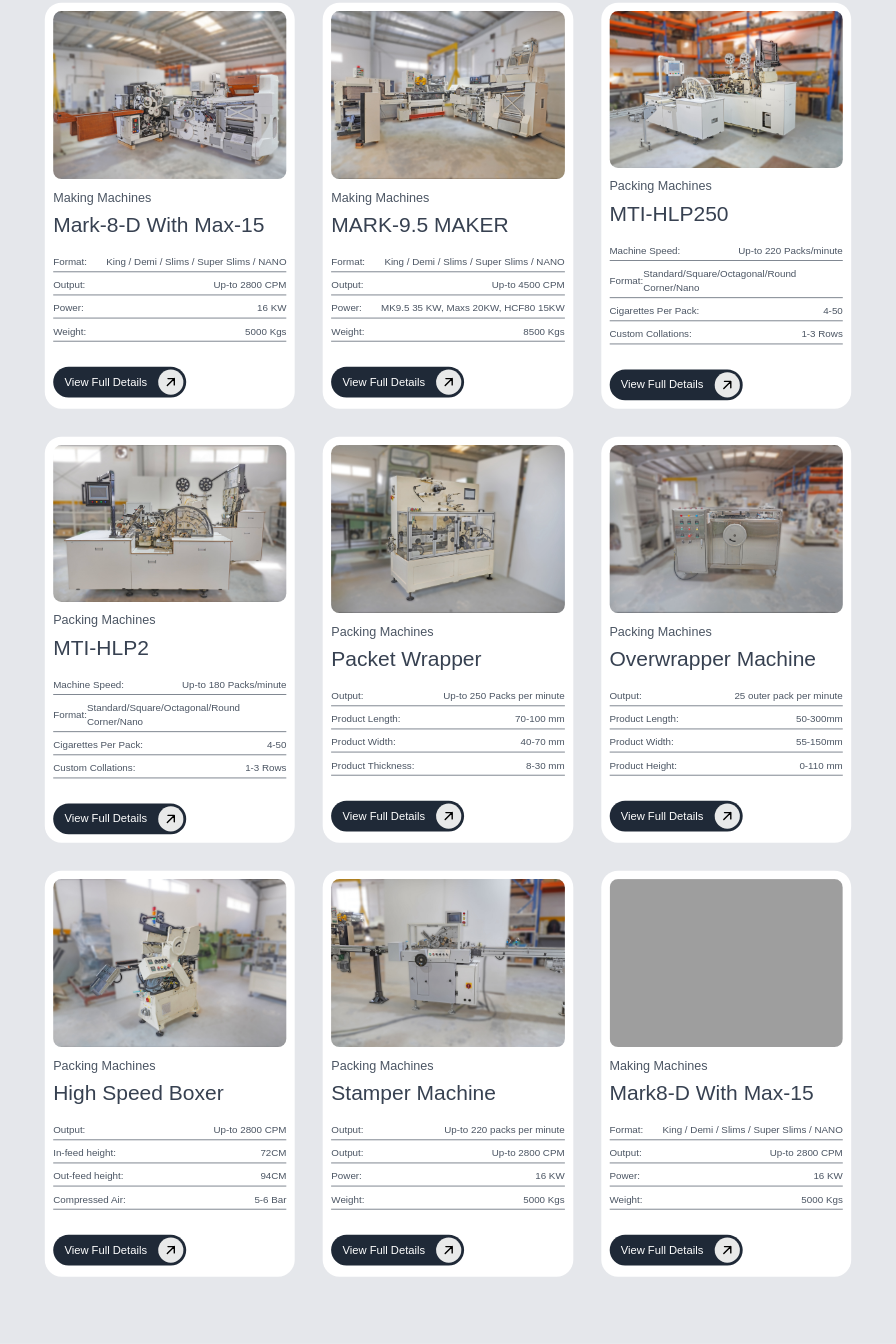
Repository: vespersolutionspk18/microtexwebsite
Page: /
These files come from the project's save history. The page is drawn as it stood at one moment and after the next save; the edit follows.
The browser window is 1280 px wide. The pictures show the part of the page from y = 2327 to 4247 px (the page is 4247 px tall), at 70% of full size.
Pictures or frames that could not be fetched are drawn as grey boxes. Some web fonts or font styles are not loaded; a fallback is used. The project was rebuilt for these pictures with package versions that can differ from the ones it lists, and the page was loaded fresh each time. The framework's server and built-in components were replaced by stand-ins that run in the browser. Also part of the build but not shown: next.config.mjs.

Above is the page before, as saved 2024-11-18 23:43:55.

After the next save:
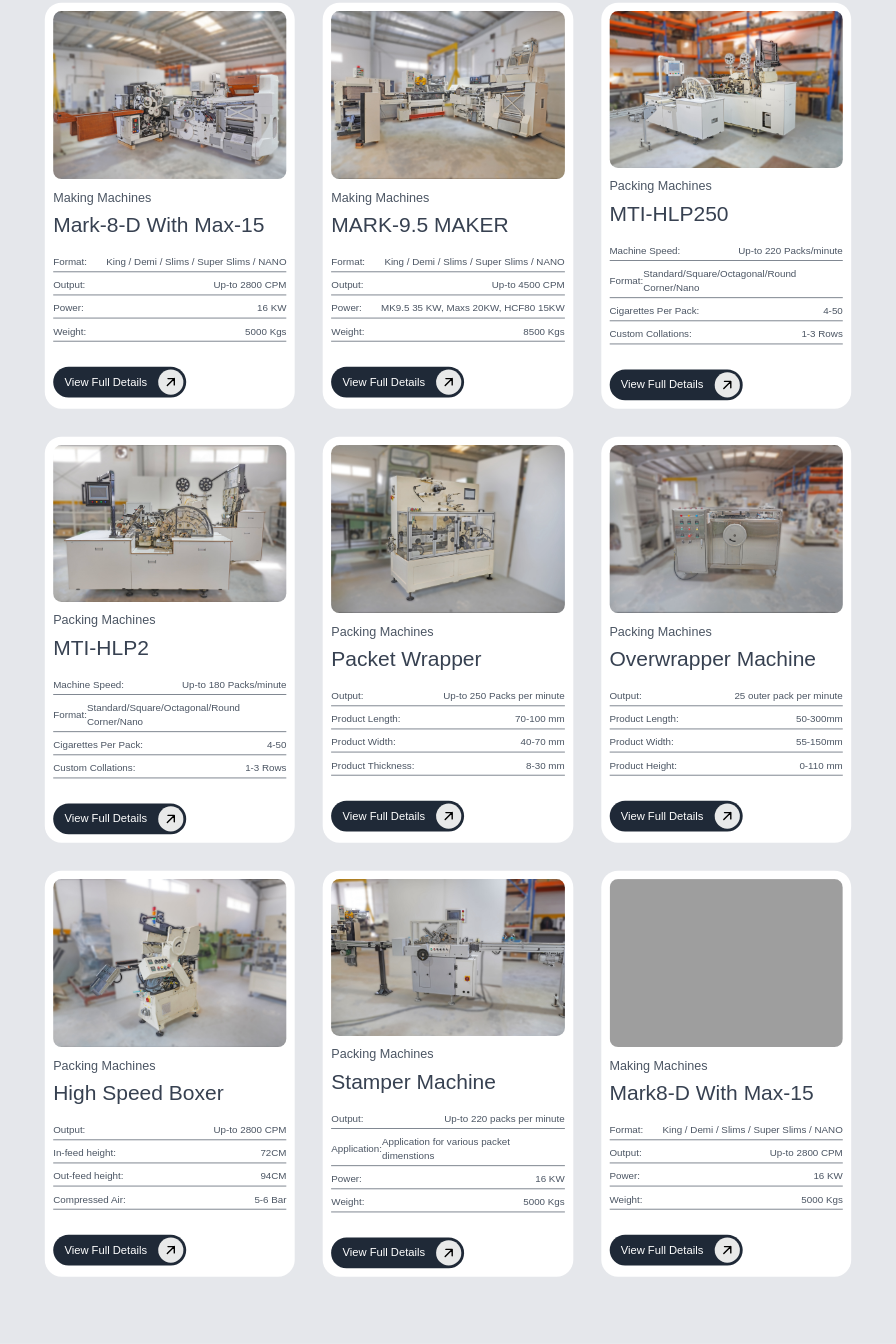
Saved 18 s later.
--- a/app/OurMachines.tsx
+++ b/app/OurMachines.tsx
@@ -283,8 +283,8 @@
     </div>
     <Separator className="bg-gray-600 mt-1 mb-2" />
     <div className="flex flex-row items-center justify-between ">
-        <h5 className="text-gray-600 text-sm font">Output:</h5>
-        <h5 className="text-gray-600 text-sm font-light">Up-to 2800 CPM</h5>
+        <h5 className="text-gray-600 text-sm font">Application:</h5>
+        <h5 className="text-gray-600 text-sm font-light">Application for various packet dimenstions</h5>
     </div>
     <Separator className="bg-gray-600 mt-1 mb-2" />
     <div className="flex flex-row items-center justify-between ">

After the save that followed:
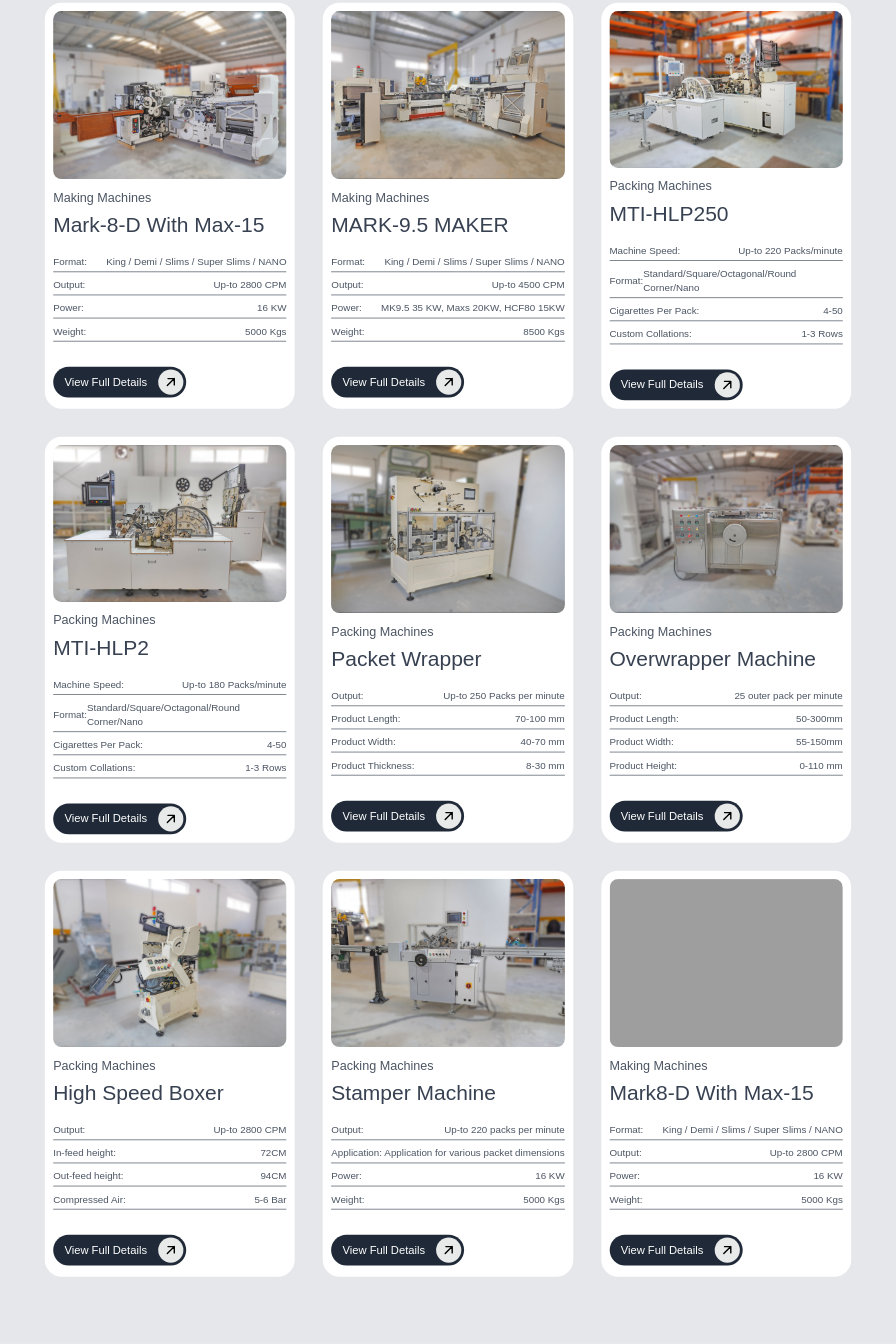
Saved 8 s later.
--- a/app/OurMachines.tsx
+++ b/app/OurMachines.tsx
@@ -284,7 +284,7 @@
     <Separator className="bg-gray-600 mt-1 mb-2" />
     <div className="flex flex-row items-center justify-between ">
         <h5 className="text-gray-600 text-sm font">Application:</h5>
-        <h5 className="text-gray-600 text-sm font-light">Application for various packet dimenstions</h5>
+        <h5 className="text-gray-600 text-sm font-light">Application for various packet dimensions</h5>
     </div>
     <Separator className="bg-gray-600 mt-1 mb-2" />
     <div className="flex flex-row items-center justify-between ">
